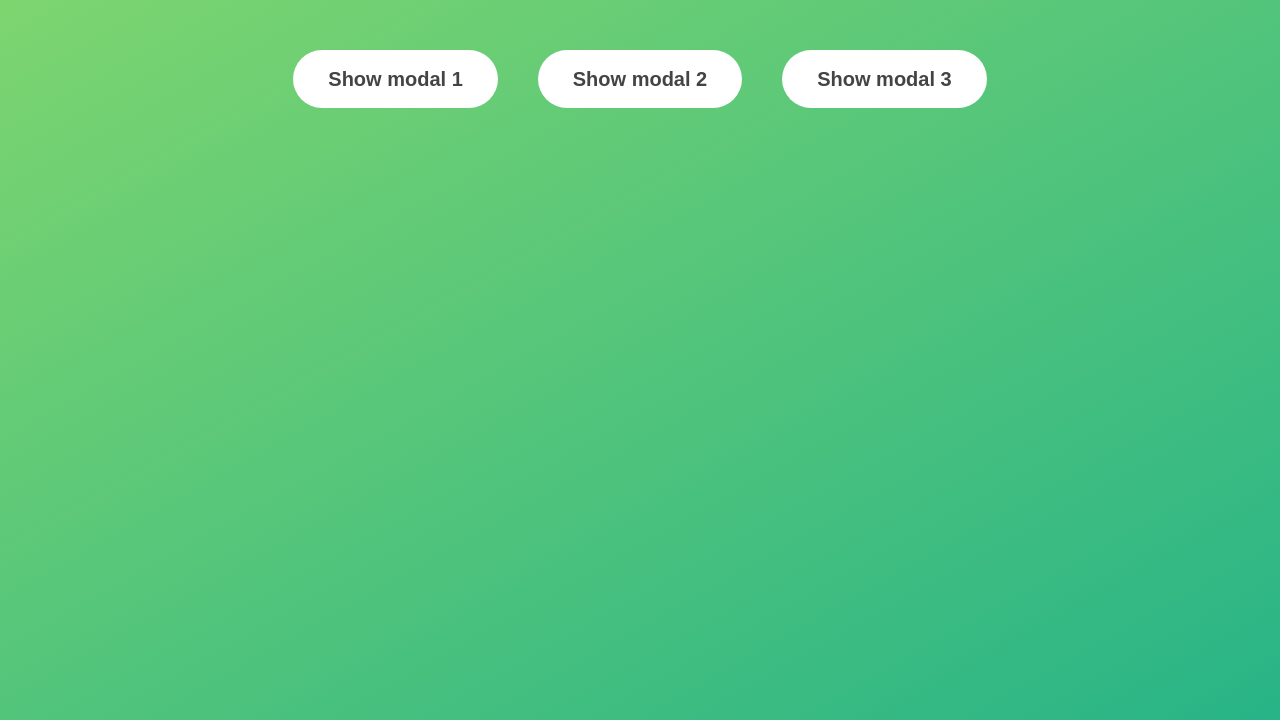
Repository: zeinawady/Jonas-Js-Course-Projects
Page: Modal Window/index.html
An editor plug-in stored every save of this project. The page is shown before and after the next save, followed by the edit.
The browser window is 1280 px wide. The pictures show the whole page.

Above is the page before, as saved 2024-11-23 16:59:51.

After the next save:
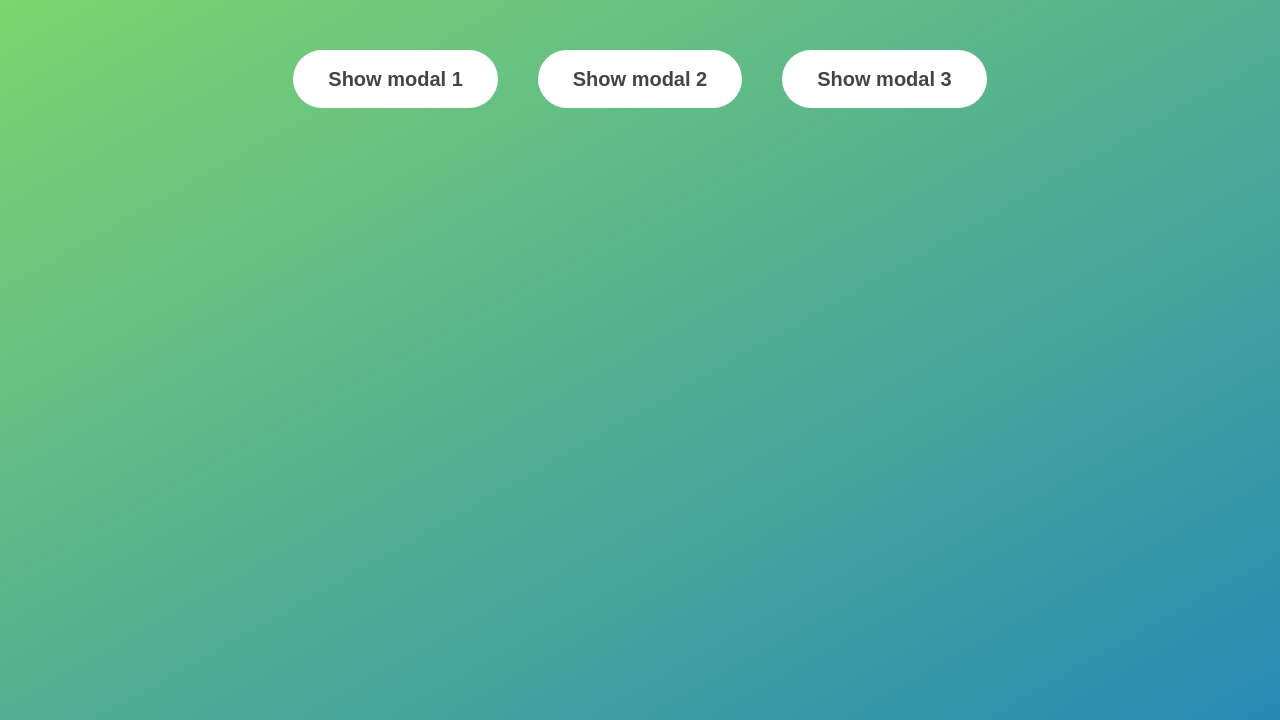
Saved 20 s later.
--- a/Modal Window/style.css
+++ b/Modal Window/style.css
@@ -18,7 +18,7 @@
     display: flex;
     align-items: flex-start;
     justify-content: center;
-    background: linear-gradient(to top left, #28b487, #7dd56f);
+    background: linear-gradient(to top left, #288ab4, #7dd56f);
   }
 
   .show-modal {
